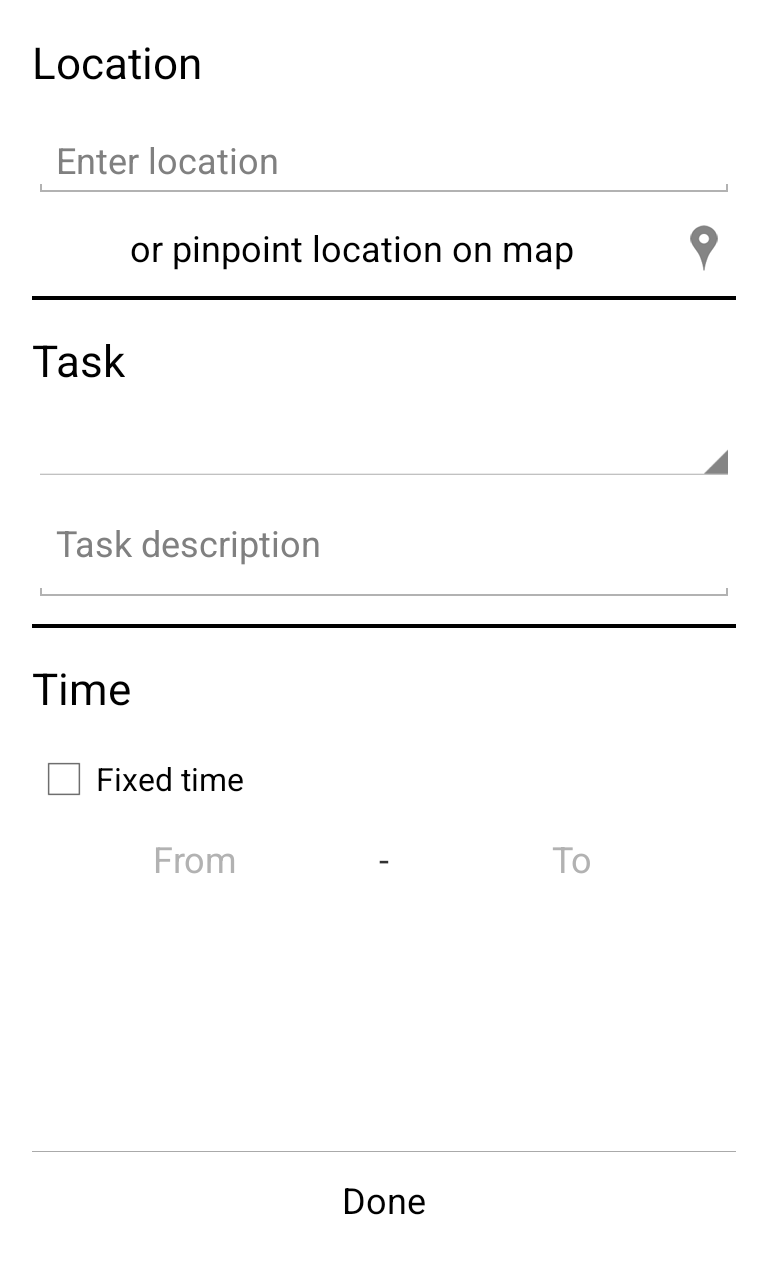
Repository: larserikstrand/IMT4904-Master
Layout: MTP/res/layout/activity_new_task.xml
An editor plug-in stored every save of this project. The layout is shown before and after the next save, followed by the edit.
It is drawn on a 768 x 1280 px phone screen (xhdpi) without system bars, with theme android:Theme.Holo.Light; the app's code is not run.

Above is the layout before, as saved 2014-02-10 21:01:55.

### MTP/res/layout/activity_new_task.xml
<LinearLayout xmlns:android="http://schemas.android.com/apk/res/android"
    xmlns:tools="http://schemas.android.com/tools"
    android:layout_width="match_parent"
    android:layout_height="match_parent"
    android:paddingBottom="@dimen/activity_vertical_margin"
    android:paddingLeft="@dimen/activity_horizontal_margin"
    android:paddingRight="@dimen/activity_horizontal_margin"
    android:paddingTop="@dimen/activity_vertical_margin"
    android:orientation="vertical"
    tools:context=".NewTaskActivity" >

    <ScrollView android:layout_width="match_parent"
        android:layout_height="0dp"
        android:layout_weight="1" >

    	<LinearLayout android:layout_width="match_parent"
        	android:layout_height="wrap_content"
        	android:orientation="vertical" >

        	<TextView
        		android:layout_width="wrap_content"
        		android:layout_height="wrap_content"
        		android:layout_marginBottom="15dp"
        		android:text="@string/location"
        		android:textAppearance="?android:attr/textAppearanceLarge" />

    		<EditText android:id="@+id/location_edit"
        		android:layout_width="match_parent"
        		android:layout_height="wrap_content"
        		android:hint="@string/location_hint" />

    		<Button android:id="@+id/location_button"
        		android:layout_width="match_parent"
        		android:layout_height="wrap_content"
        		android:background="?android:attr/selectableItemBackground"
        		android:text="@string/pinpoint"
        		android:drawableRight="@drawable/ic_location_place" />

    		<View android:layout_width="match_parent"
        		android:layout_height="2dp"
        		android:background="@android:color/black" />

    		<TextView
        		android:layout_width="wrap_content"
        		android:layout_height="wrap_content"
        		android:layout_marginTop="15dp"
        		android:layout_marginBottom="15dp"
        		android:text="@string/task"
        		android:textAppearance="?android:attr/textAppearanceLarge" />

    		<Spinner android:id="@+id/category_spinner"
        		android:layout_width="match_parent"
        		android:layout_height="wrap_content" />

    		<EditText android:id="@+id/description_edit"
        		android:layout_width="match_parent"
        		android:layout_height="wrap_content"
        		android:layout_marginBottom="10dp"
        		android:lines="2"
        		android:hint="@string/task_description_hint" />

    		<View android:layout_width="match_parent"
        		android:layout_height="2dp"
        		android:background="@android:color/black" />

    		<TextView
        		android:layout_width="wrap_content"
        		android:layout_height="wrap_content"
        		android:layout_marginTop="15dp"
        		android:layout_marginBottom="15dp"
        		android:text="@string/time"
        		android:textAppearance="?android:attr/textAppearanceLarge" />

    		<CheckBox android:id="@+id/fixed_time_check"
        		android:layout_width="match_parent"
        		android:layout_height="wrap_content"
        		android:text="@string/fixed_time" />

    		<LinearLayout android:id="@+id/time_layout"
        		android:layout_width="match_parent"
        		android:layout_height="wrap_content"
        		android:orientation="horizontal" >

        		<Button android:id="@+id/from_button"
            		android:layout_width="0dp"
            		android:layout_height="wrap_content"
            		android:layout_weight="1"
            		android:layout_marginRight="10dp"
            		android:background="?android:attr/selectableItemBackground"
            		android:text="@string/from"
            		android:enabled="false" />

        		<TextView android:layout_width="wrap_content"
            		android:layout_height="wrap_content"
            		android:text="@string/divider"
            		android:textSize="18sp" />

        		<Button android:id="@+id/to_button"
            		android:layout_width="0dp"
            		android:layout_height="wrap_content"
            		android:layout_weight="1"
            		android:layout_marginLeft="10dp"
            		android:background="?android:attr/selectableItemBackground"
            		android:text="@string/to"
            		android:enabled="false" />

    		</LinearLayout>

    	</LinearLayout>

    </ScrollView>

    <View android:layout_width="match_parent"
        android:layout_height="0.2dp"
        android:background="@android:color/darker_gray" />

    <Button android:id="@+id/done_button"
        android:layout_width="match_parent"
        android:layout_height="wrap_content"
        android:background="?android:attr/selectableItemBackground"
        android:text="@string/done" />

</LinearLayout>

### MTP/res/values/strings.xml
<?xml version="1.0" encoding="utf-8"?>
<resources>

    <!-- Titles -->
    <string name="app_name">MTP</string>
    <string name="title_activity_list">ListActivity</string>
    <string name="title_activity_new_task">New Task</string>
    <string name="title_activity_map">Map</string>

    <!-- Menu -->
    <string name="action_settings">Settings</string>
    <string name="action_about">About</string>

    <!-- General -->
    <string name="today">Today</string>
    <string name="week">Week</string>
    <string name="all_tasks">All Tasks</string>
    <string name="task">Task</string>
    <string name="new_task_list">New task list</string>
    <string name="new_task">New task</string>
    <string name="edit_list">Edit list</string>
    <string name="edit">Edit</string>
    <string name="delete">Delete</string>
    <string name="set_date">Set date</string>
    <string name="save">Save</string>
    <string name="done">Done</string>
    <string name="location">Location</string>
    <string name="location_hint">Enter location</string>
    <string name="pinpoint">or pinpoint location on map</string>
    <string name="task_description_hint">Task description</string>
    <string name="time">Time</string>
    <string name="fixed_time">Fixed time</string>
    <string name="from">From</string>
    <string name="to">To</string>
    <string name="divider">-</string>

    <!-- Messages/Alerts -->


    <!-- Arrays -->
    <string-array name="undergraduate_tasks_array">
        <item>Attend lecture</item>
        <item>Write report</item>
        <item>Do course exercises</item>
        <item>Meeting</item>
        <item>Group work</item>
    </string-array>

    <string-array name="postgraduate_tasks_array">
        <item>Write thesis</item>
        <item>Meeting</item>
    </string-array>

</resources>

Loaded but not shown: MTP/res/values/dimens.xml (common file)

After the next save:
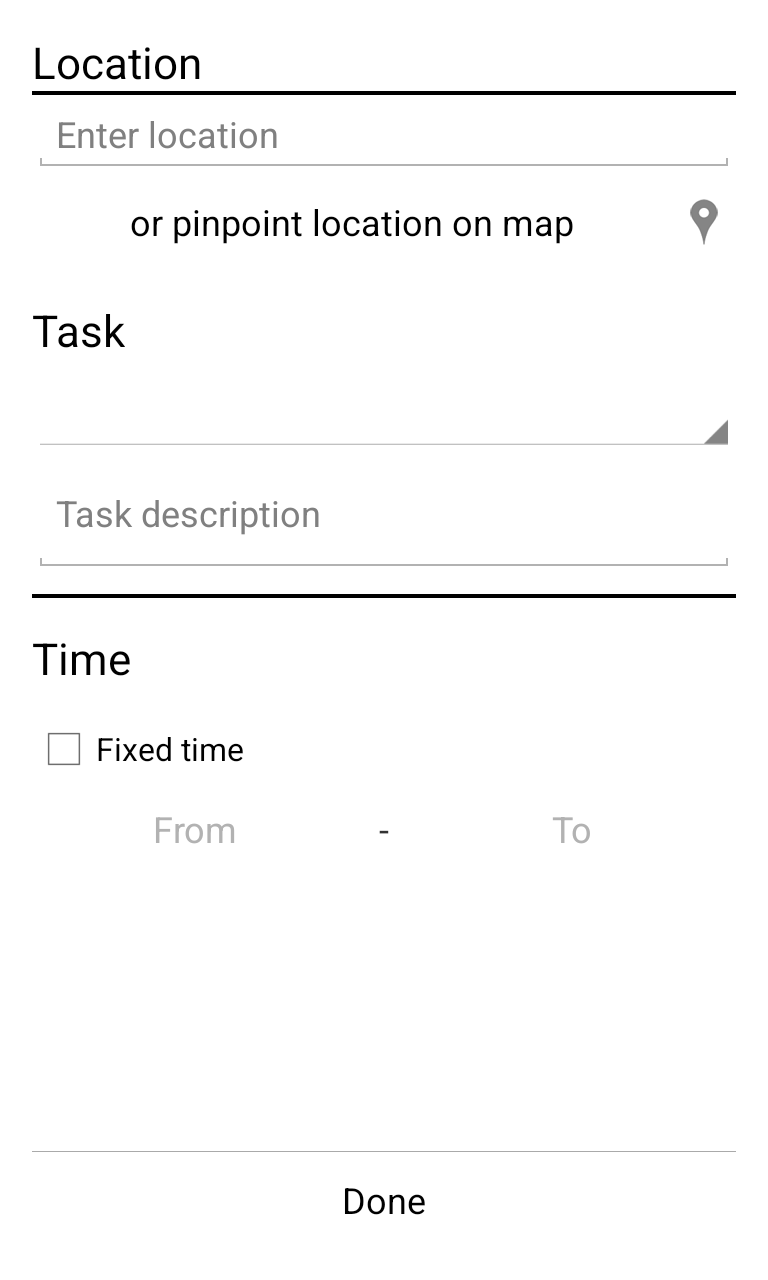
Saved 22 s later.
--- a/MTP/res/layout/activity_new_task.xml
+++ b/MTP/res/layout/activity_new_task.xml
@@ -20,9 +20,12 @@
         	<TextView
         		android:layout_width="wrap_content"
         		android:layout_height="wrap_content"
-        		android:layout_marginBottom="15dp"
         		android:text="@string/location"
         		android:textAppearance="?android:attr/textAppearanceLarge" />
+
+        	<View android:layout_width="match_parent"
+        		android:layout_height="2dp"
+        		android:background="@android:color/black" />
 
     		<EditText android:id="@+id/location_edit"
         		android:layout_width="match_parent"
@@ -35,10 +38,6 @@
         		android:background="?android:attr/selectableItemBackground"
         		android:text="@string/pinpoint"
         		android:drawableRight="@drawable/ic_location_place" />
-
-    		<View android:layout_width="match_parent"
-        		android:layout_height="2dp"
-        		android:background="@android:color/black" />
 
     		<TextView
         		android:layout_width="wrap_content"
